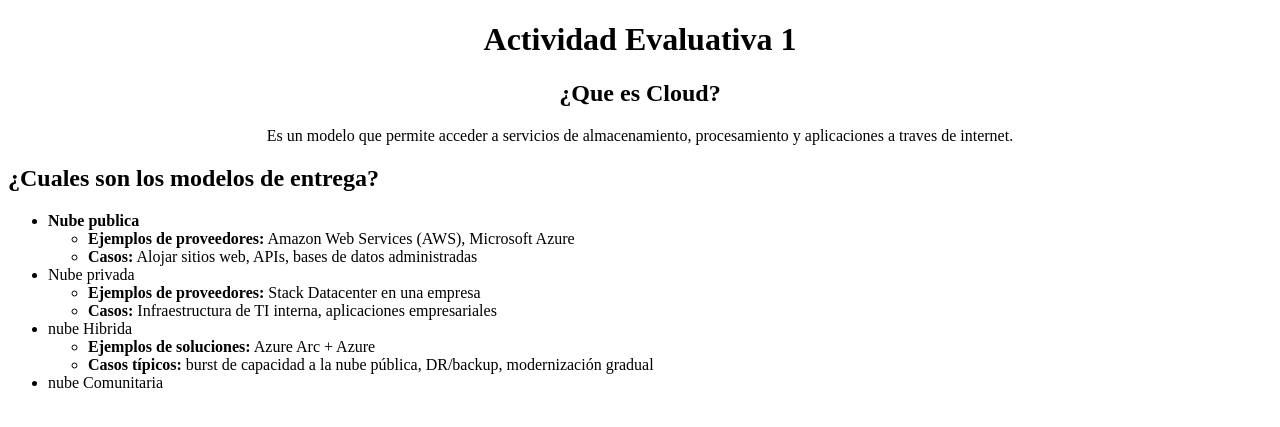
Repository: Laura-Oliveros/Actividad-Evaluativa-1
Page: LauSebas.html
An editor plug-in stored every save of this project. The page is shown before and after the next save, followed by the edit.
The browser window is 1280 px wide. The pictures show the whole page.

Above is the page before, as saved 2025-09-04 19:05:19.

### LauSebas.html
<!DOCTYPE html>
<html lang="en">
<head>
    <meta charset="UTF-8">
    <meta name="viewport" content="width=device-width, initial-scale=1.0">
    <title>Actividad Evaluativa 1</title>
</head>
<body>
    <div class="contenedor" style="text-align: center;">
        <h1>Actividad Evaluativa 1</h1>
        <h2>¿Que es Cloud?</h2>
        <p>Es un modelo que permite acceder a servicios de almacenamiento, procesamiento y aplicaciones a traves de internet.</p>
    </div>

    <div class="contenedor" style="text-align: left;">
        <h2>¿Cuales son los modelos de entrega?</h2>
        <ul>
            <li><strong>Nube publica</strong></li>
            <ul>
                <li><strong>Ejemplos de proveedores:</strong> Amazon Web Services (AWS), Microsoft Azure</li>
                <li><strong>Casos:</strong> Alojar sitios web, APIs, bases de datos administradas</li>
            </ul>

            <li>Nube privada</li>
            <ul>
                <li><strong>Ejemplos de proveedores:</strong> Stack Datacenter en una empresa</li>
                <li><strong>Casos:</strong> Infraestructura de TI interna, aplicaciones empresariales</li>
            </ul>

            <li>nube Hibrida</li>
            <ul>
                <li><strong>Ejemplos de soluciones:</strong> Azure Arc + Azure</li>
                <li><strong>Casos típicos:</strong> burst de capacidad a la nube pública, DR/backup, modernización gradual</li>
            </ul>
            <li>nube Comunitaria</li>
        </ul>

</body>
</html>

After the next save:
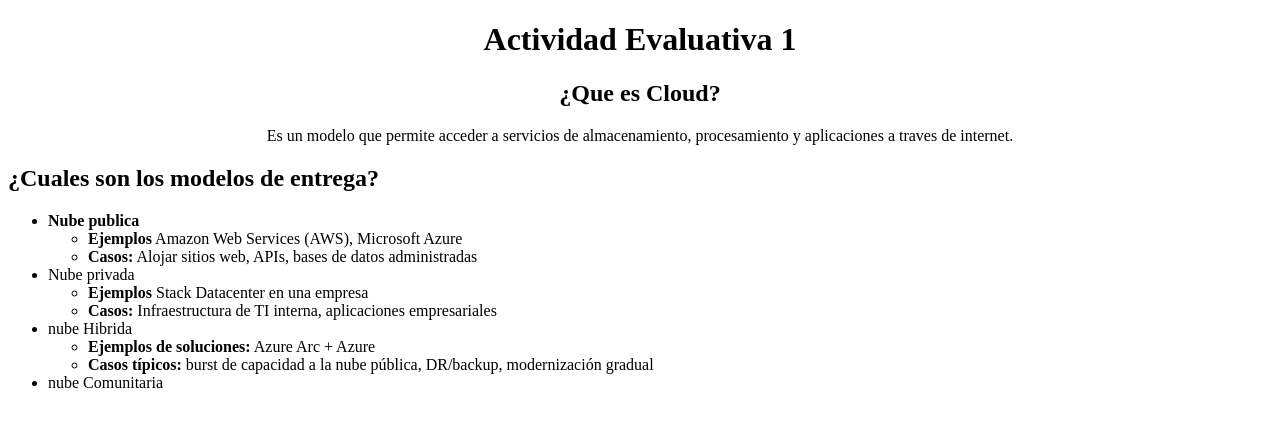
Saved 25 s later.
--- a/LauSebas.html
+++ b/LauSebas.html
@@ -17,13 +17,13 @@
         <ul>
             <li><strong>Nube publica</strong></li>
             <ul>
-                <li><strong>Ejemplos de proveedores:</strong> Amazon Web Services (AWS), Microsoft Azure</li>
+                <li><strong>Ejemplos</strong> Amazon Web Services (AWS), Microsoft Azure</li>
                 <li><strong>Casos:</strong> Alojar sitios web, APIs, bases de datos administradas</li>
             </ul>
 
             <li>Nube privada</li>
             <ul>
-                <li><strong>Ejemplos de proveedores:</strong> Stack Datacenter en una empresa</li>
+                <li><strong>Ejemplos</strong> Stack Datacenter en una empresa</li>
                 <li><strong>Casos:</strong> Infraestructura de TI interna, aplicaciones empresariales</li>
             </ul>
 
